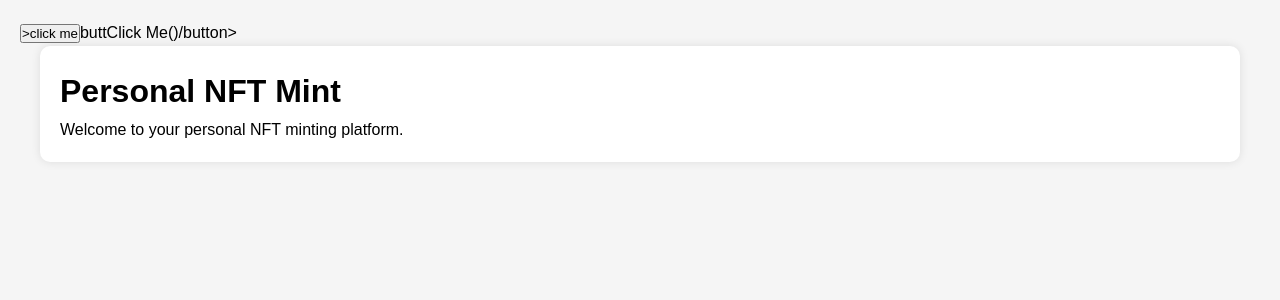
Repository: Ch3fC0d3/-MACT6340
Page: index.html
The author's editor kept a copy of each file at every save. The page is drawn from the files as they stood at one save, then again after the next save.
The browser window is 1280 px wide. The pictures show the whole page.

Above is the page before, as saved 2025-01-15 10:00:01.

After the next save:
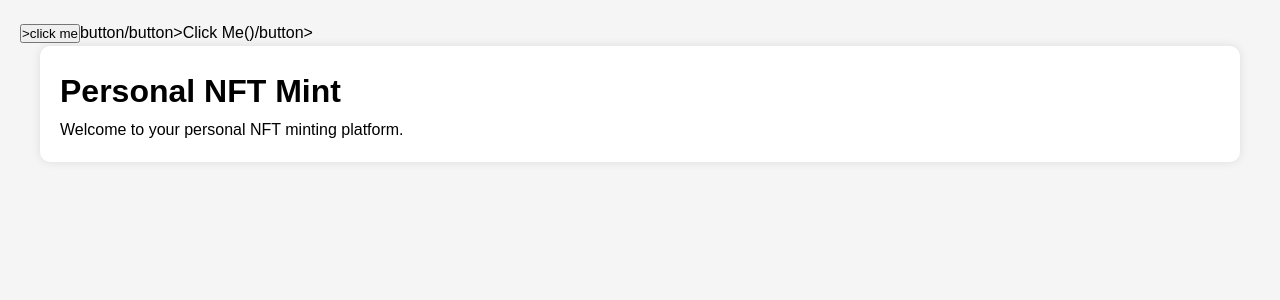
Saved 5 s later.
--- a/index.html
+++ b/index.html
@@ -11,7 +11,7 @@
     <link rel="stylesheet" href="./CSS/style.css">
 </head>
 <body>
-    <button id="TestButton">>click me</button>butt</button>Click Me()/button>
+    <button id="TestButton">>click me</button>button/button>Click Me()/button>
     <script type="module" src="./js/index.js"></script>
 </body>
 </html>
